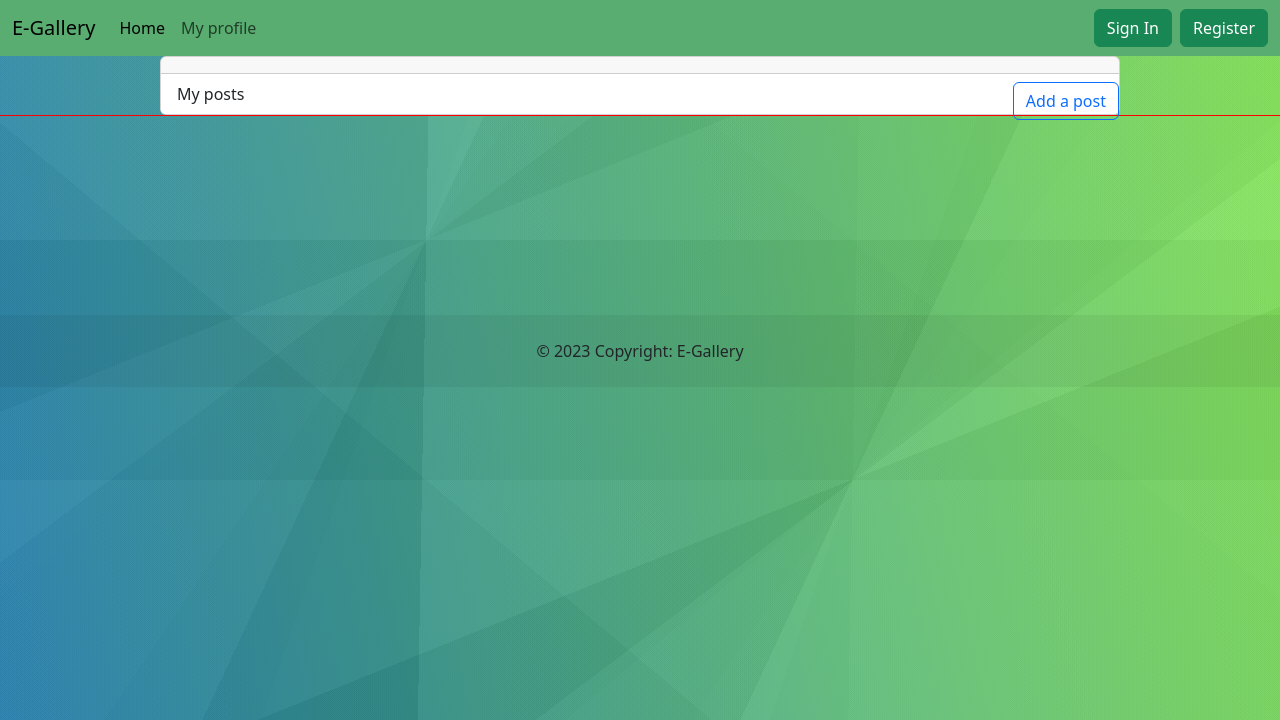
Repository: NicolasMartiel/ProjetJEE
Page: http://localhost/myprofile
The author's editor kept a copy of each file at every save. The page is drawn from the files as they stood at one save, then again after the next save.
The browser window is 1280 px wide. The pictures show the whole page.
The page is this project's Thymeleaf template; nobody is signed in. The template is opened directly, without the code that normally fills it, so the values that code supplies are empty.

Above is the page before, as saved 2023-11-05 22:45:43.

After the next save:
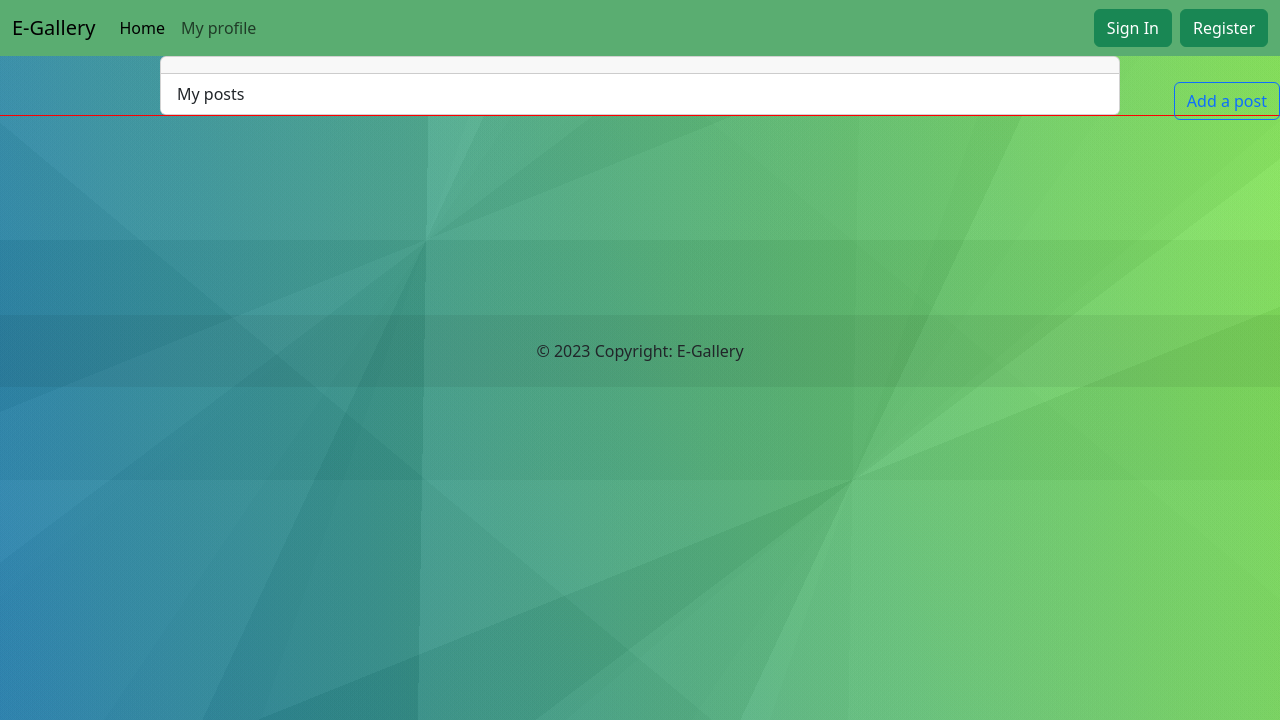
Saved 5 s later.
--- a/webapp/src/main/resources/static/css/index.css
+++ b/webapp/src/main/resources/static/css/index.css
@@ -96,7 +96,7 @@ body {
 
 ._position {
 
-	position: absolute;
+	position: fixed;
 	right:0;
 
 }
